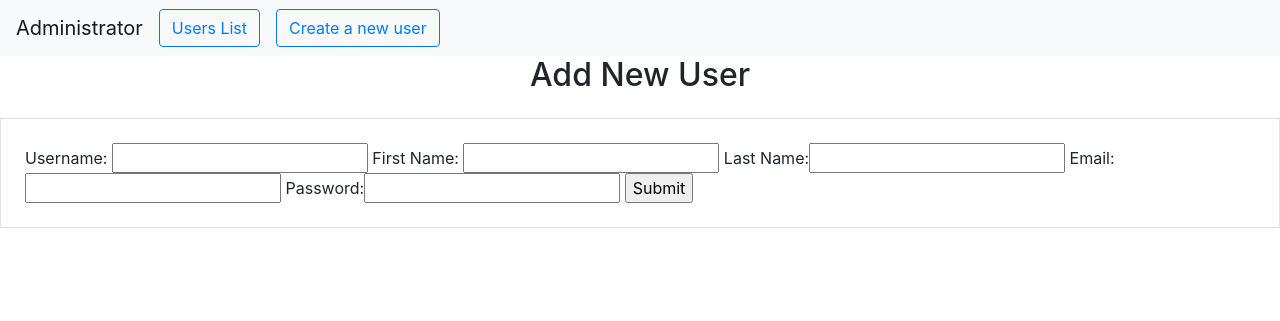
Repository: Dimitris-Kaler/Keycloak-Admin-Web-Interface
Page: http://localhost/rest-api/src/webapp/createUser.jsp
The author's editor kept a copy of each file at every save. The page is drawn from the files as they stood at one save, then again after the next save.
The browser window is 1280 px wide. The pictures show the whole page.
The page is served by Tomcat 9.

Above is the page before, as saved 2023-12-22 18:36:18.

After the next save:
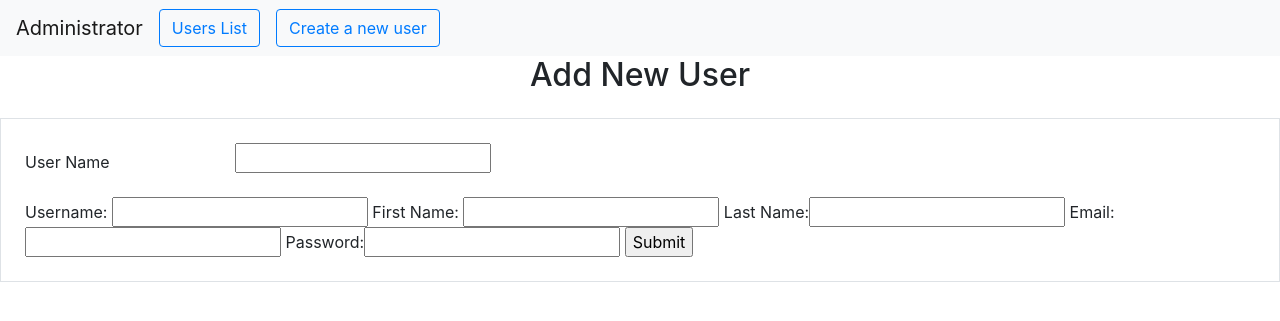
Saved 49 s later.
--- a/rest-api/src/webapp/createUser.jsp
+++ b/rest-api/src/webapp/createUser.jsp
@@ -31,6 +31,13 @@
     </nav>
 <h2 class="text-center mb-4">Add New User</h2>
 <form class="border p-4 form"action="addUser"method="POST" >
+<div class="form-group row">
+			<label for="Username" class="col-sm-2 col-form-label">User
+				Name</label>
+			<div class="col-sm-10">
+				<input type="text" name="Username">
+			</div>
+		</div>
 Username: <input type="text" name="Username">
 First Name: <input type="text" name="firstName">
 Last Name:<input type="text"name="lastName">
